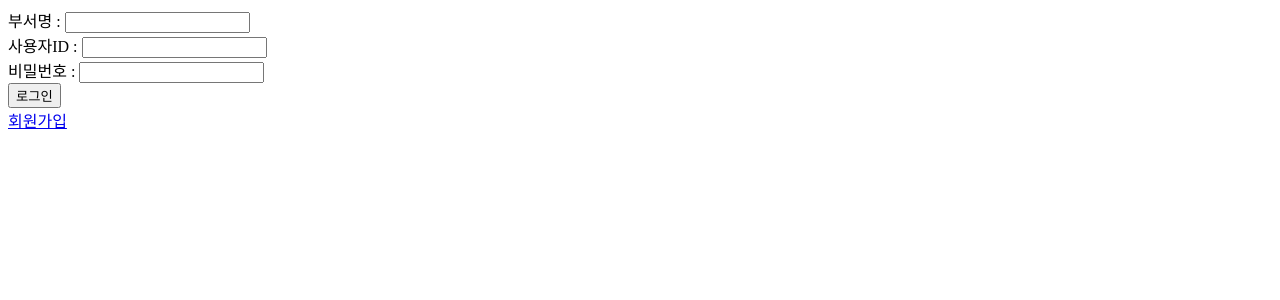
Repository: hamuse/wego1
Page: http://localhost/teamW1/facade.do
An editor plug-in stored every save of this project. The page is shown before and after the next save, followed by the edit.
The browser window is 1280 px wide. The pictures show the whole page.
The page is served by Tomcat 9.

Above is the page before, as saved 2019-10-07 06:39:52.
Console error: ReferenceError: app is not defined

After the next save:
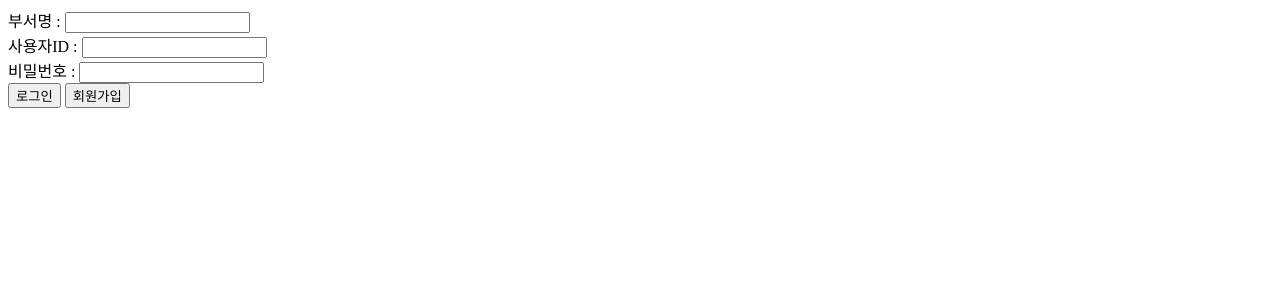
Saved 3 min 27 s later.
--- a/teamW1/WebContent/WEB-INF/views/facade/login.jsp
+++ b/teamW1/WebContent/WEB-INF/views/facade/login.jsp
@@ -1,35 +1,34 @@
 <%@ page language="java" contentType="text/html; charset=UTF-8"
-    pageEncoding="UTF-8"%>
-<!DOCTYPE html>
+   pageEncoding="UTF-8"%>
 <div></div><div></div><div></div>
 <div></div>
 <div>
 <form id="login_form">
 <div id="login_tab">
-	<div id="login_tab_item_1">
-	부서명 : <input id="d_Name" class="input_text" type="text" name="dName"/>
-	</div>
-	<div id="login_tab_item_2">
-	사용자ID : <input id="userName" class="input_text" type="text" name="empNo"/>
-	</div>
-	<div>
-	</div>
-	<div id="login_tab_item_3">
-	비밀번호 : <input id="userPw" class="input_text" type="text" name="eName"/>
-	</div>
+    <div id="login_tab_item_1">
+    부서명 : <input id="d_Name" class="input_text" type="text" name="dName"/>
+    </div>
+    <div id="login_tab_item_2">
+    사용자ID : <input id="userName" class="input_text" type="text" name="empNo"/>
+    </div>
+    <div id="login_tab_item_3">
+    비밀번호 : <input id="userPw" class="input_text" type="text" name="eName"/>
+    </div>
 </div>
-	<input type="hidden" name="action" value="login" />
-	<input type="hidden" name="page" value="main" />
-	<input id="login_btn" type="button" value="로그인"/>
+    <input type="hidden" name="action" value="login" />
+    <input type="hidden" name="page" value="main" />
+    <input id="login_btn" type="button" value="로그인"/>
+    <input id="join_btn" type="button" value="회원가입"/>
 </form>
 </div>
 <div></div>
 <div></div>
 <div>
-
-	<a id ="join_btn" href="#">회원가입</a>
 </div>
 <div></div>
 <script>
+/*$('#login_btn').click(function(){
+    alert('쫌!!!!떠라!!!!');
+}); */
 app.init('${ctx}');
 </script>
